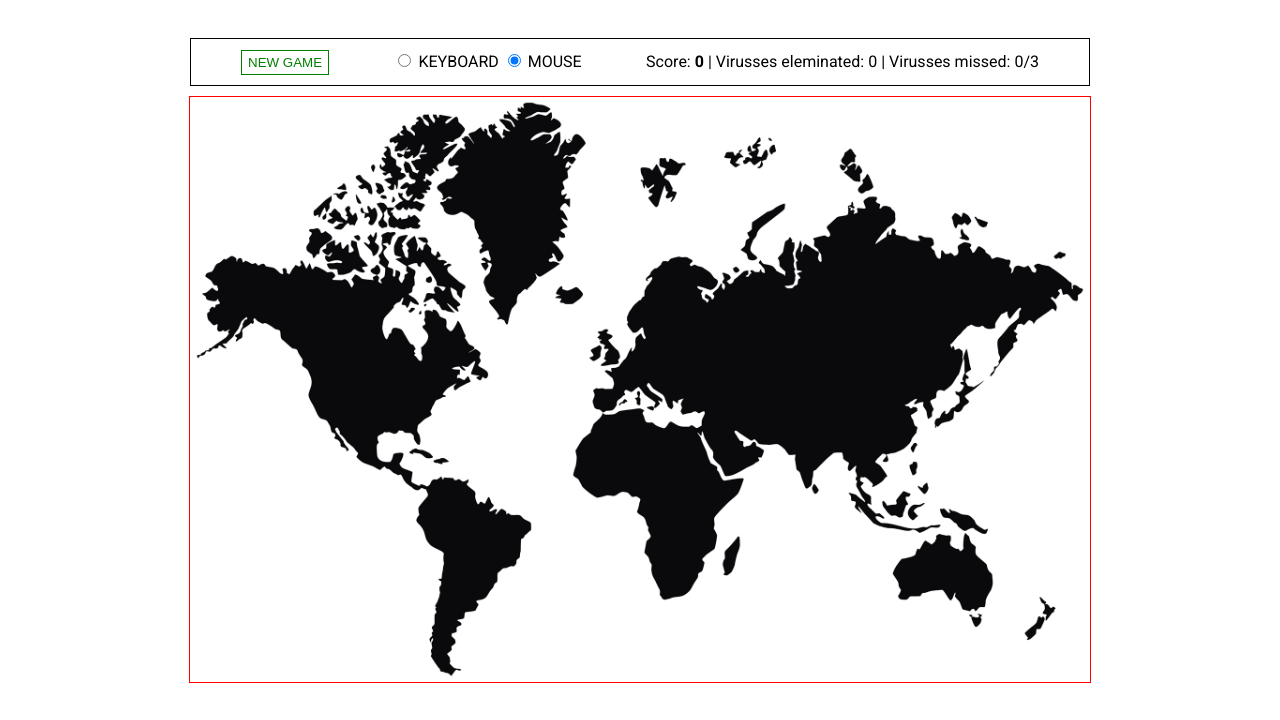
Repository: Baterka/DestroyTheVirus
Page: index.html
These files come from the project's save history. The page is drawn as it stood at one moment and after the next save; the edit follows.
The browser window is 1280 px wide. The pictures show the whole page.

Above is the page before, as saved 2020-03-20 00:54:52.

After the next save:
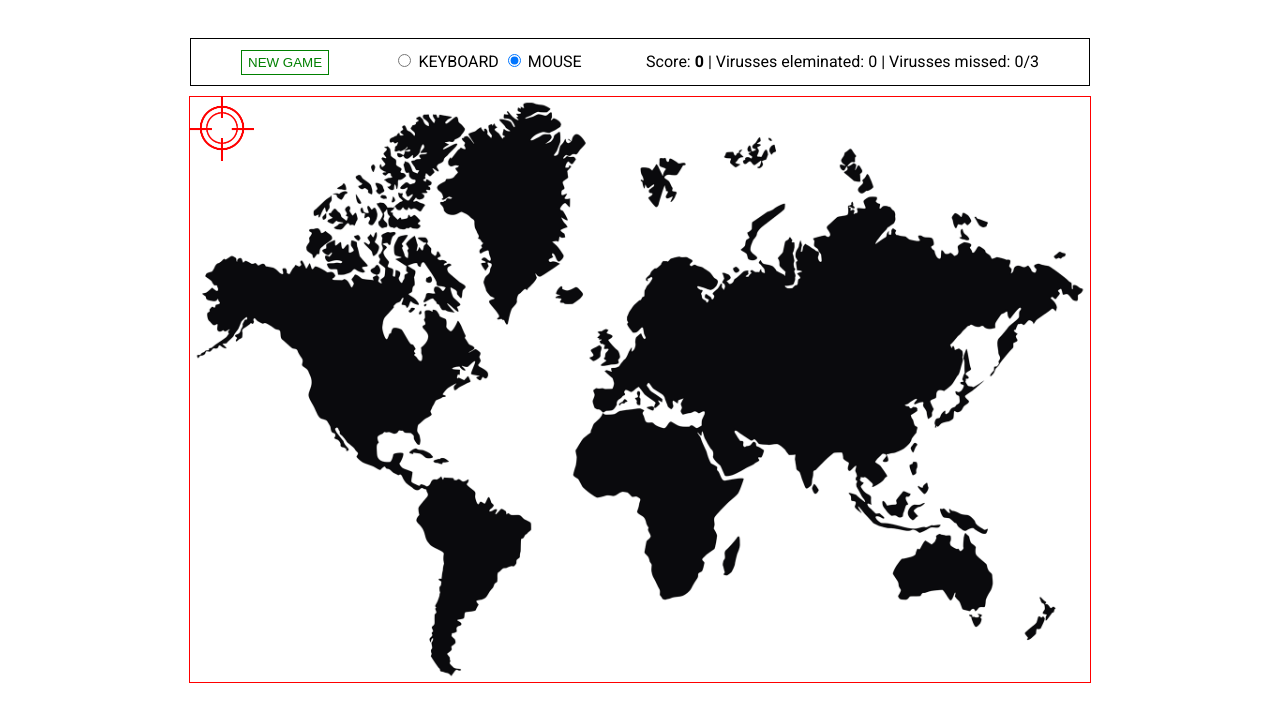
Saved 36 s later.
--- a/main.js
+++ b/main.js
@@ -319,6 +319,8 @@ class World {
         // Reference to Game controller
         this._Game = game;
 
+        this._target.style.display = "block";
+
         window.addEventListener("resize", () => {
             this._debounceResize(this._onWindowResize.bind(this))
         });
